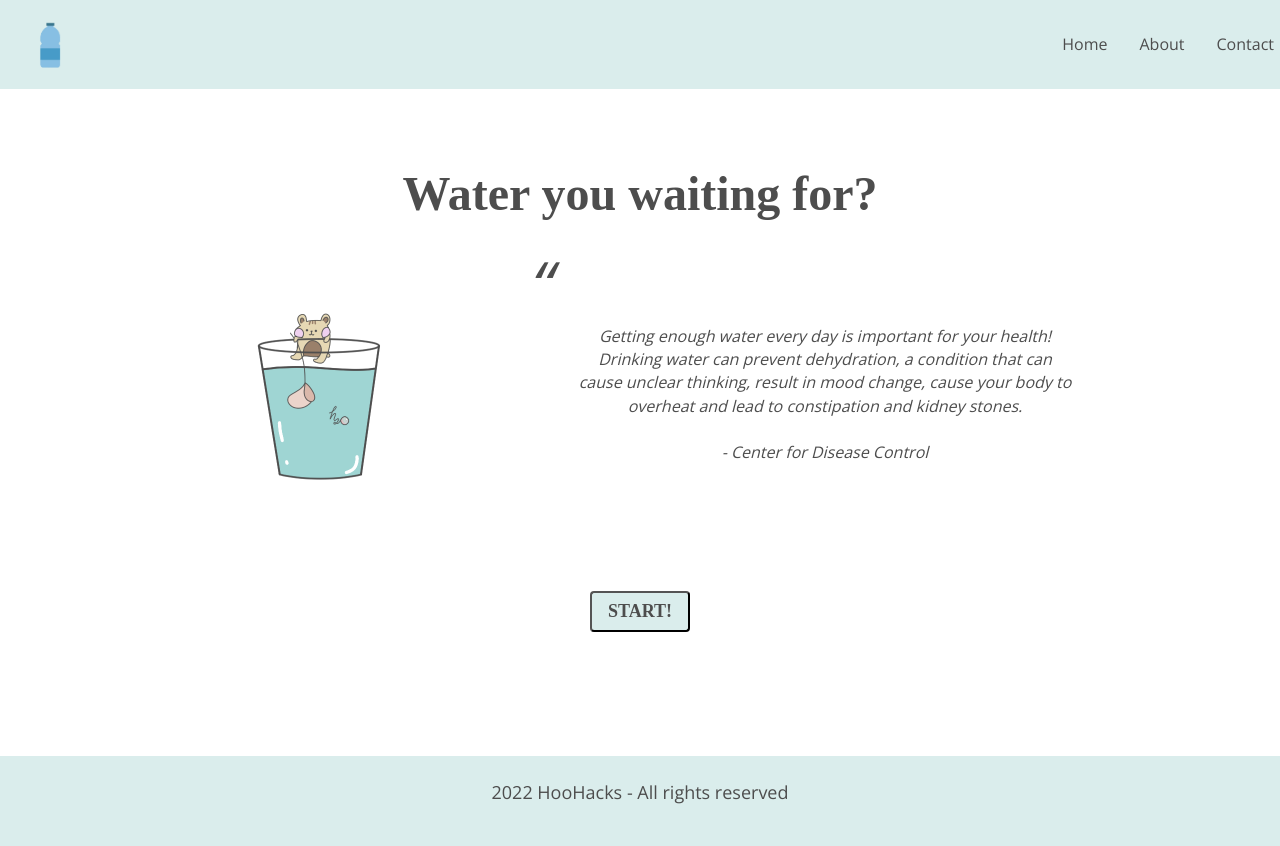
Repository: jennyjjung/H2ODaily
Page: index.html
An editor plug-in stored every save of this project. The page is shown before and after the next save, followed by the edit.
The browser window is 1280 px wide. The pictures show the whole page.
Some web fonts or font styles are not loaded; a fallback is used.

Above is the page before, as saved 2022-03-26 19:59:27.

After the next save:
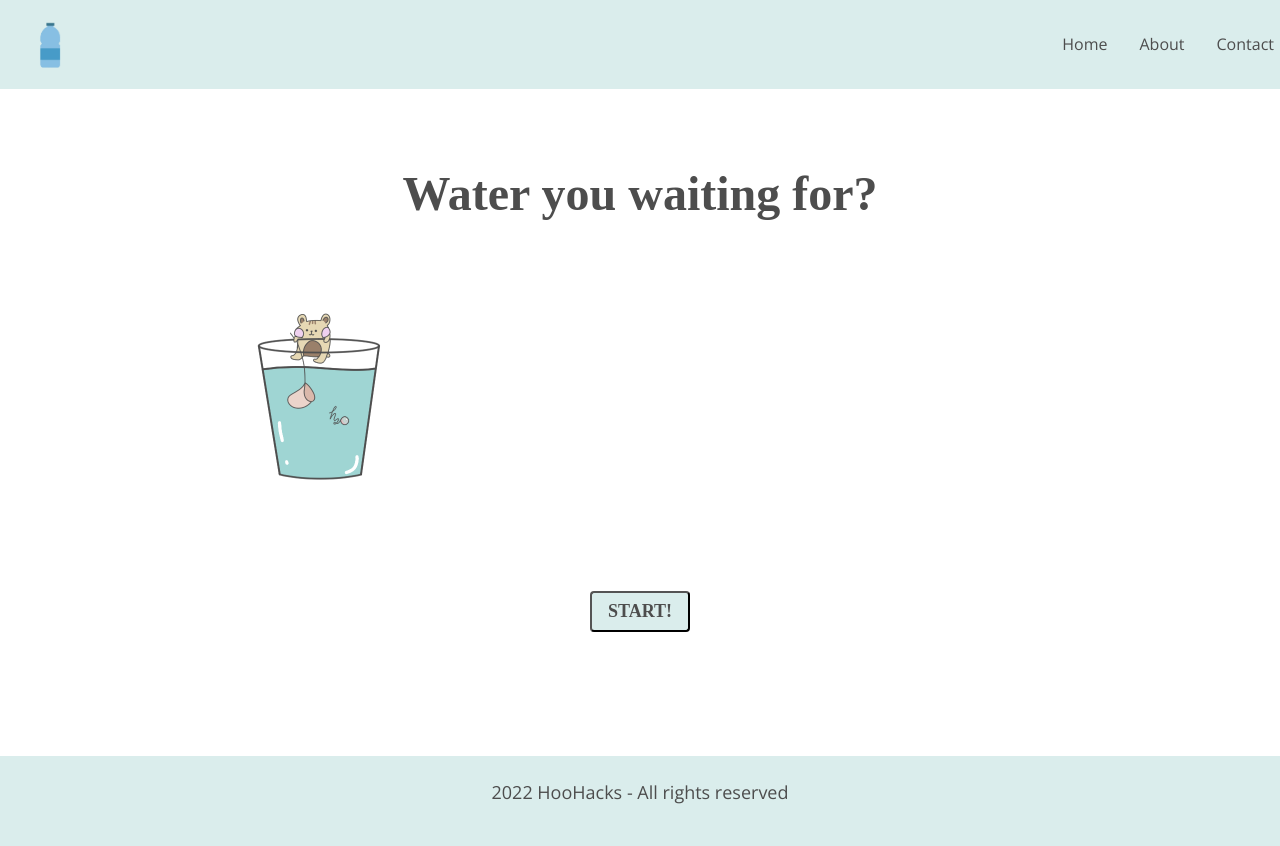
Saved 34 s later.
--- a/index.html
+++ b/index.html
@@ -28,10 +28,7 @@
       <h1 class="home__title">Water you waiting for? </h1>
       <div class="home__content">
         <img src="images/hammy.png" alt="H2O Daily Logo" class="home__logo">
-        <blockquote>
-          Getting enough water every day is important for your health! Drinking water can prevent dehydration, a condition that can cause unclear thinking, result in mood change, cause your body to overheat and lead to constipation and kidney stones.
-          <br><br>- Center for Disease Control
-        </blockquote>
+
       </div>
       <button class="btn__home">START!</button>
     </div>
